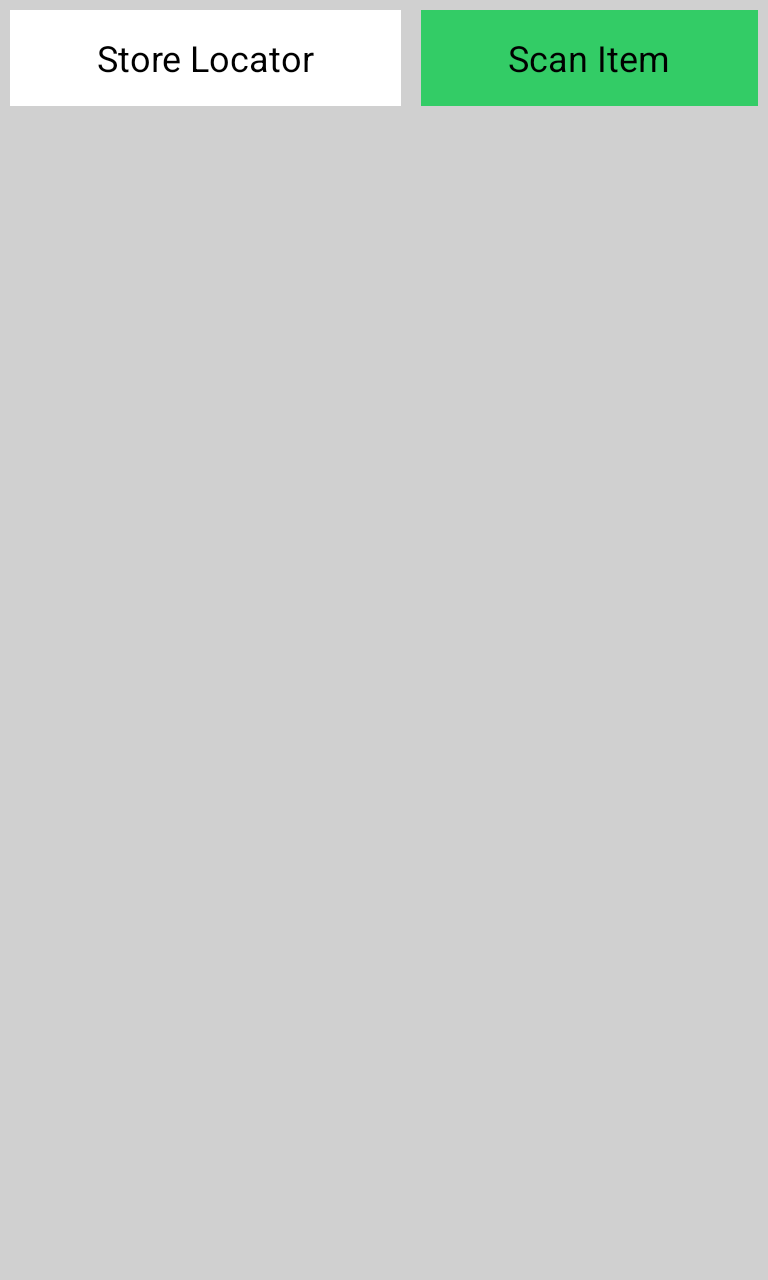
Repository: bvaardal/CTTC
Layout: eclipseAndroidADT2Workspace/HellowWorld/res/layout/activity_main.xml
These files come from the project's save history. The layout is drawn as it stood at one moment and after the next save; the edit follows.
It is drawn on a 768 x 1280 px phone screen (xhdpi) without system bars, with theme CustomActionBarTheme; the app's code is not run. Lists and similar views that code fills are empty. The app's manifest (not shown) leaves right-to-left support off. So textAlignment, textDirection and layoutDirection are ignored, and left and right values win over start and end ones.

Above is the layout before, as saved 2013-11-19 05:11:23.

### eclipseAndroidADT2Workspace/HellowWorld/res/layout/activity_main.xml
<TableLayout xmlns:android="http://schemas.android.com/apk/res/android"
    xmlns:tools="http://schemas.android.com/tools"
    android:layout_width="match_parent"
    android:layout_height="match_parent"
    android:background="#D0D0D0"
    tools:context=".MainActivity" >

<!--     <Button
        android:id="@+id/button1"
        android:layout_width="wrap_content"
        android:layout_height="wrap_content"
        android:layout_alignLeft="@+id/editText1"
        android:layout_alignParentRight="true"
        android:layout_below="@+id/editText1"
        android:onClick="displayMessage"
        android:text="@string/display_message" />


	<include layout="@layout/title" android:id="@+id/title"/>-->
    <TableRow
        android:id="@+id/tableRow1"
        android:layout_width="match_parent"
        android:layout_height="wrap_content" >
<!--     <EditText
        android:id="@+id/editText1"
        android:layout_width="match_parent"
        android:layout_height="wrap_content"
        android:layout_weight="1"
        android:hint="cool" >
    </EditText>
     -->
    <Button
        android:id="@+id/button1"
        android:background="#FFF"
        android:layout_width="wrap_content"
        android:layout_height="wrap_content"
        android:text="Store Locator"
        android:layout_weight="1"
        android:padding="5dp"
        android:layout_margin="5dp">

    </Button>
    <Button
        android:id="@+id/button2"
        android:background="#33CC66"
        android:layout_width="wrap_content"
        android:layout_height="wrap_content"
        android:text="Scan Item"
        android:layout_weight="1"
        android:padding="5dp"
        android:layout_margin="5dp">

    </Button>
    </TableRow>

    <TableRow
        android:id="@+id/tableRow2"
        android:layout_width="match_parent"
        android:layout_height="wrap_content" >

    <ExpandableListView
	    android:id="@+id/laptop_list"
	    android:layout_width="match_parent"
	    android:layout_height="wrap_content"
	    android:layout_weight="1" >
	</ExpandableListView>

    </TableRow>



</TableLayout>

### eclipseAndroidADT2Workspace/HellowWorld/res/values/themes.xml
<?xml version="1.0" encoding="utf-8"?>
<resources>
    <!-- the theme applied to the application or activity -->
    <style name="CustomActionBarTheme"
           parent="@android:style/Theme.Holo.Light.DarkActionBar">
        <item name="android:actionBarStyle">@style/MyActionBar</item>
    </style>

    <!-- ActionBar styles -->
    <style name="MyActionBar"
           parent="@android:style/Widget.Holo.Light.ActionBar.Solid.Inverse">
        <item name="android:background">@drawable/background_orange</item>
    </style>
</resources>

### eclipseAndroidADT2Workspace/HellowWorld/res/layout/title.xml
<?xml version="1.0" encoding="utf-8"?>
<TableLayout xmlns:android="http://schemas.android.com/apk/res/android"
    android:layout_width="match_parent"
    android:layout_height="match_parent" >

    <TableRow
        android:id="@+id/tableRow1"
        android:layout_width="match_parent"
        android:layout_height="wrap_content"
        android:background="#707070" >

        <Button
            android:id="@+id/button1"
            android:layout_width="70dp"
            android:layout_height="wrap_content"
            android:text="icon" />

        <TextView
            android:id="@+id/textView1"
            android:layout_width="match_parent"
            android:layout_height="match_parent"
            android:layout_weight="1"
            android:gravity="center_vertical|center_horizontal"
            android:text="TextView"
            android:textAlignment="center"
            android:textAppearance="?android:attr/textAppearanceLarge" />

        <SearchView
            android:id="@+id/searchView1"
            android:layout_width="match_parent"
            android:layout_height="wrap_content">
        </SearchView>

    </TableRow>

</TableLayout>

After the next save:
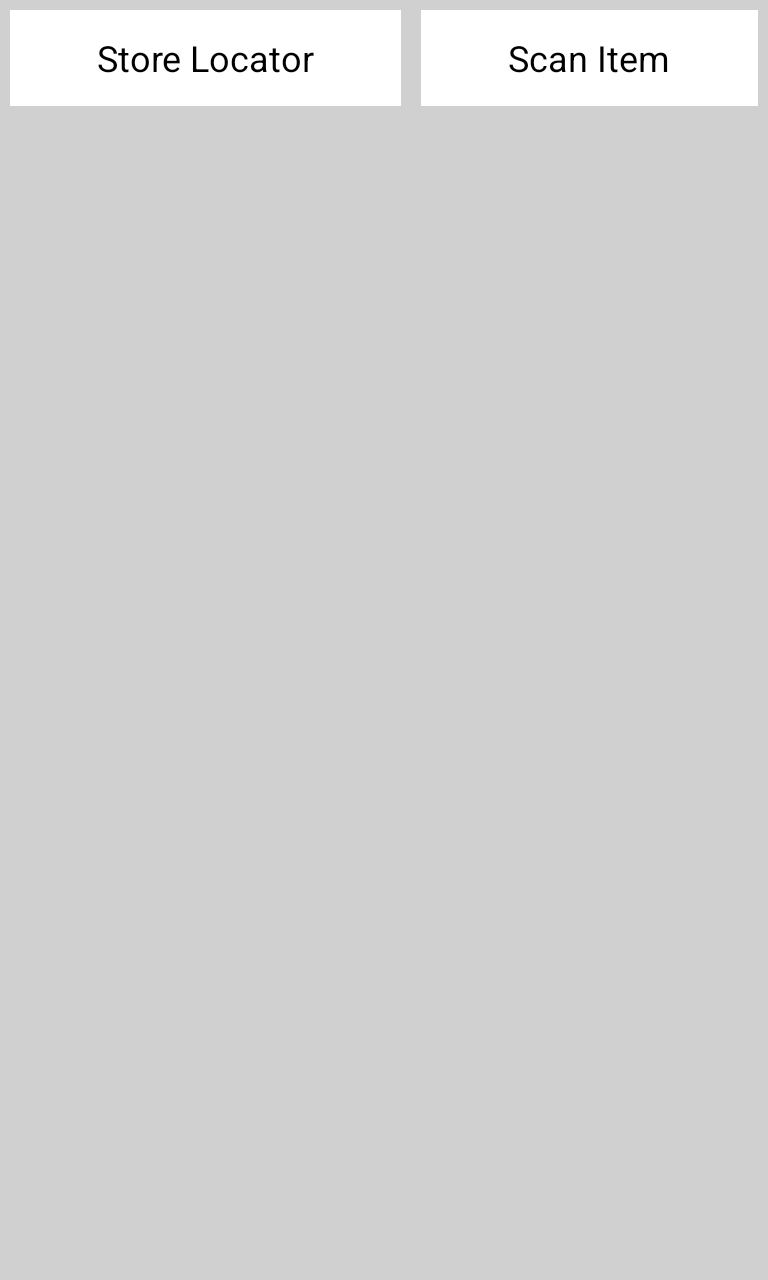
Saved 21 s later.
--- a/eclipseAndroidADT2Workspace/HellowWorld/res/layout/activity_main.xml
+++ b/eclipseAndroidADT2Workspace/HellowWorld/res/layout/activity_main.xml
@@ -42,7 +42,7 @@
     </Button>
     <Button
         android:id="@+id/button2"
-        android:background="#33CC66"
+        android:background="#FFF"
         android:layout_width="wrap_content"
         android:layout_height="wrap_content"
         android:text="Scan Item"
